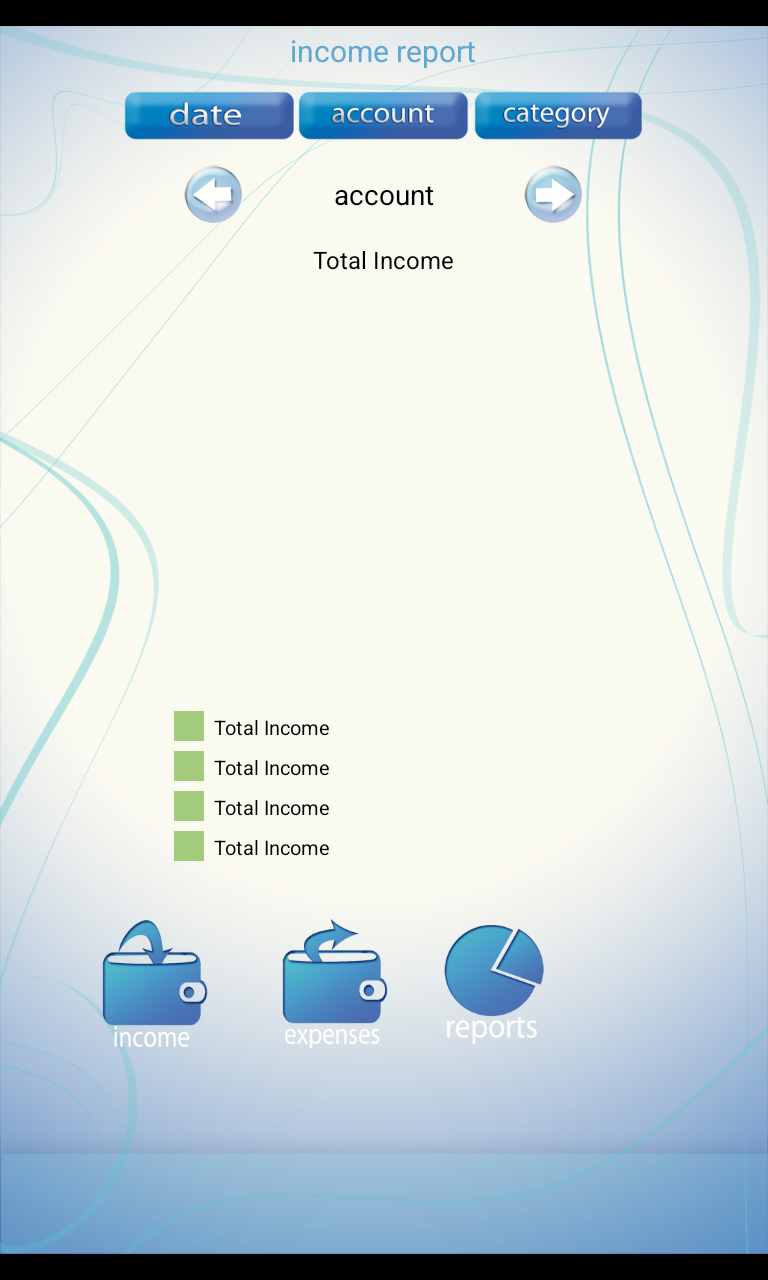
Repository: marlon-rodrigues/Nummus_Android
Layout: Nummus/res/layout/reports_screen.xml
The author's editor kept a copy of each file at every save. The layout is drawn from the files as they stood at one save, then again after the next save.
It is drawn on a 768 x 1280 px phone screen (xhdpi) without system bars, with theme AppTheme; the app's code is not run. Lists and similar views that code fills are empty.

Above is the layout before, as saved 2012-08-21 15:36:15.

After the next save:
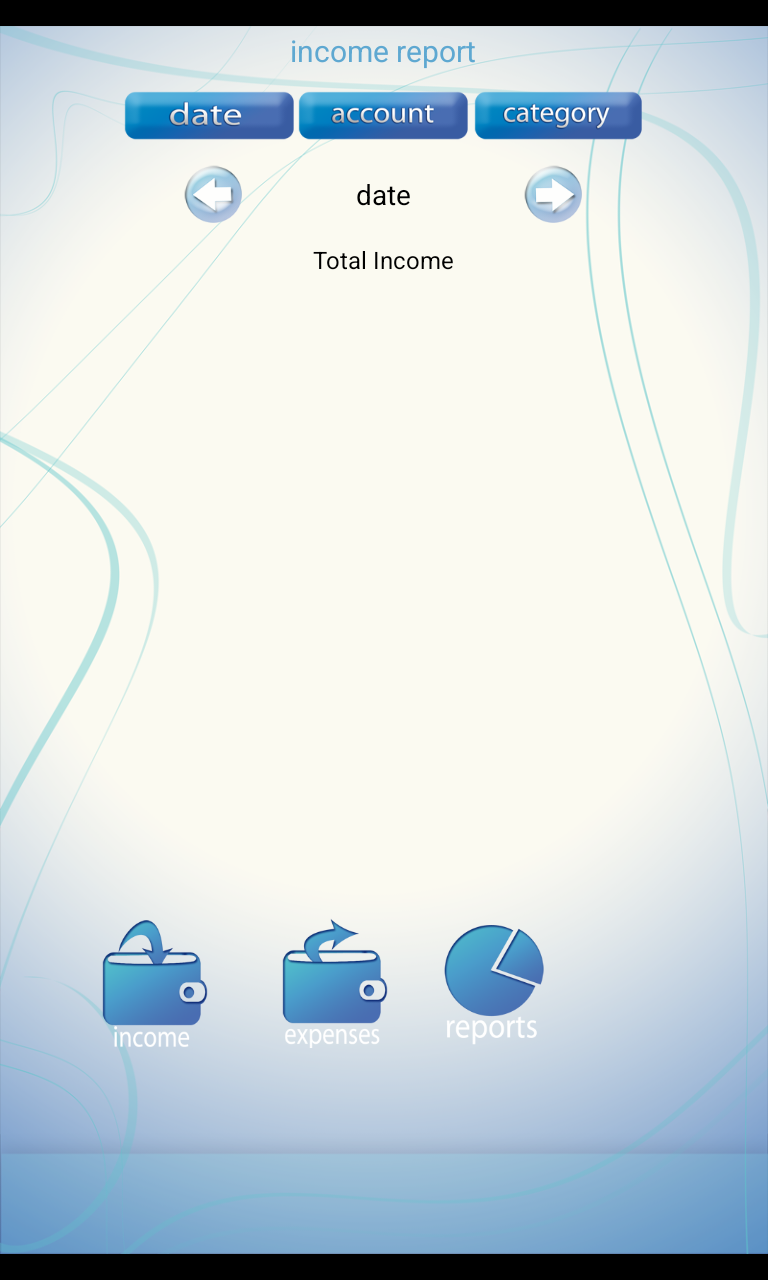
Saved 3 min 37 s later.
--- a/Nummus/res/layout/reports_screen.xml
+++ b/Nummus/res/layout/reports_screen.xml
@@ -150,7 +150,7 @@
 		    android:layout_height="370dp"
 		    android:layout_below="@+id/titelReportScreen"
 		    android:layout_centerHorizontal="true"
-		    android:visibility="visible"
+		    android:visibility="invisible"
 		    android:layout_marginTop="40dp">
 				<Button
 				    android:id="@+id/buttonLeftArrowAccounIncome"
@@ -284,9 +284,72 @@
 				    android:textColor="#000000"
 				    android:textSize="10sp"
 				    android:visibility="visible" />
-
 		</RelativeLayout>
 
+		<RelativeLayout
+			android:id="@+id/categoryIncomeSubViewReportScreen"
+		    android:layout_width="260dp"
+		    android:layout_height="370dp"
+		    android:layout_below="@+id/titelReportScreen"
+		    android:layout_centerHorizontal="true"
+		    android:visibility="visible"
+		    android:layout_marginTop="40dp">
+				<Button
+				    android:id="@+id/buttonLeftArrowCategoryIncome"
+				    android:layout_width="40dp"
+				    android:layout_height="34dp"
+				    android:layout_alignParentLeft="true"
+				    android:layout_below="@+id/buttonDateIncome"
+				    android:layout_marginTop="0dp"
+				    android:layout_marginLeft="25dp"
+				    android:background="@drawable/leftarrowbuttoneffect"
+				    android:onClick="lefArrowCategoryIncomeButtonClicked" />
+
+				<Button
+				    android:id="@+id/buttonRightArrowCategoryIncome"
+				    android:layout_width="40dp"
+				    android:layout_height="34dp"
+				    android:layout_alignParentRight="true"
+				    android:layout_below="@+id/buttonCategoryIncome"
+				    android:layout_marginTop="0dp"
+				    android:layout_marginRight="25dp"
+				    android:background="@drawable/rightarrowbuttoneffect"
+				    android:onClick="rightArrowCategoryIncomeButtonClicked" />
+
+				<TextView
+			        android:id="@+id/textCategoryIncome"
+			        android:layout_width="wrap_content"
+			        android:layout_height="wrap_content"
+			        android:layout_below="@+id/buttonAccountIncome"
+			        android:layout_centerHorizontal="true"
+			        android:layout_marginTop="7dp"
+			        android:text="date"
+			        android:textColor="#000000"
+			        android:textSize="14sp" />
+
+				<TextView
+			        android:id="@+id/textTotalCategoryIncome"
+			        android:layout_width="wrap_content"
+			        android:layout_height="wrap_content"
+			        android:layout_below="@+id/textCategoryIncome"
+			        android:layout_centerHorizontal="true"
+			        android:layout_marginTop="15dp"
+			        android:text="Total Income"
+			        android:textColor="#000000"
+			        android:textSize="12sp" />
+
+				<ListView
+				    android:id="@+id/listViewCategoryIncome"
+				    android:layout_width="match_parent"
+				    android:layout_height="wrap_content"
+				    android:layout_marginTop="70dp"
+					android:background="@drawable/list_view_rounded_corners"
+				    android:divider="#FFFFFF"
+				    android:dividerHeight="1dp"
+				    android:listSelector="@color/list_view_income_selector" >
+				</ListView>
+		</RelativeLayout>
+
 	</RelativeLayout>
 
 
